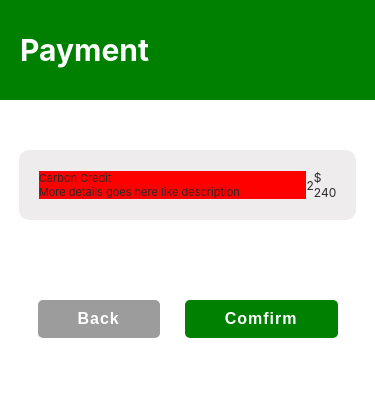
Repository: Yowani24/CarbonApp
Page: /payment
An editor plug-in stored every save of this project. The page is shown before and after a run of saves, followed by the edit.
The browser window is 375 px wide. The pictures show the whole page.
The project was rebuilt for these pictures with package versions that can differ from the ones it lists, and the page was loaded fresh each time. The framework's server and built-in components were replaced by stand-ins that run in the browser. Also part of the build but not shown: next.config.js, pages/cart/Cart.module.css, pages/cart/index.js.

Above is the page before, as saved 2021-09-27 00:17:53.

### pages/_app.js
import '../styles/globals.css'
import Cart from './cart';

function MyApp({ Component, pageProps }) {
  return (
    <>
      <Component {...pageProps} />
    </>
  );
}

export default MyApp

### pages/payment/index.js
import React from 'react';
import Head from 'next/head'
import styles from './Payment.module.css'


export default function Payment(props) {
    return (
       <>
        <Head>
            <title>Payment</title>
        </Head>

        <header className={styles.header}>
            <div className={styles.interface}>
                <div className={styles.header_content}>
                    <h1>Payment</h1>
                </div>
            </div>
        </header>

        <div className={styles.content}>
            <div className={styles.interface}>
                <div className={styles.list_content}>
                    <span>
                        <p>Carbon Credit <br/> More details goes here like description</p>
                        <p>2</p>
                        <p>$ 240</p>
                    </span>
                </div>
            </div>
        </div>

        <div className={styles.button_box}>
            <div className={styles.interface}>
                <span>
                    <button>Back</button>
                    <button>Comfirm</button>
                </span>
            </div>
        </div>
       </>
    );
}

### styles/globals.css
html,
body {
  padding: 0;
  margin: 0;
  font-family: -apple-system, BlinkMacSystemFont, Segoe UI, Roboto, Oxygen,
    Ubuntu, Cantarell, Fira Sans, Droid Sans, Helvetica Neue, sans-serif;
}

a {
  color: inherit;
  text-decoration: none;
}

* {
  margin: 0;
  box-sizing: border-box;
}

### pages/payment/Payment.module.css
.interface{
    width: 80%;
    margin: 0 auto;
}

@media (max-width: 780px){
    .interface{
        width: 100%;
    }
}

/* ===========================HEADER=================== */
.header_content{
    background: green;
    height: 100px;
    display: flex;
    align-items: center;
    padding: 0 20px;
    color: #FFFFFF;
}

@media (max-width: 780px){
    .header_content{
        padding: 0 40px;
    }
}

@media (max-width: 460px){
    .header_content{
        padding: 0 20px;
        font-size: 15px;
    }
}

/* ========================LIST====================== */

.list_content{
    width: 80%;
    margin: 0 auto;
    margin-top: 50px;
    border-radius: 10px;
    padding: 20px 40px;
    background: rgb(238, 236, 236);
}
.list_content span{
    display: flex;
    justify-content: space-between;
    align-items: center;
    color: rgb(43, 41, 41);
}

@media (max-width: 460px){
    .list_content{
        width: 90%;
        padding: 20px 20px;
    }
    .list_content span{
        font-size: 12px;
    }
    .list_content span p:first-child{
        width: 400px;
        background: red;
        font-size: 11px;
    }
}

/* ================================BUTTON=================== */
.button_box{
    margin-top: 80px;
}
.button_box span{
    display: flex;
    justify-content: space-between;
    width: 80%;
    margin: 0 auto;
}
.button_box button:first-child{
    background: rgb(156, 156, 156);
}
.button_box button:first-child:hover{
    background: rgb(122, 120, 120);
}
.button_box button:first-child:active{
    background: rgb(187, 184, 184);
}

.button_box button{
    border: none;
    background: green;
    padding: 10px 40px;
    font-size: 16px;
    color: #FFFFFF;
    letter-spacing: 1px;
    border-radius: 5px;
    cursor: pointer;
    transition: .1s;
    font-weight: bold;
}

.button_box button:nth-child(2):hover{
    background: rgb(1, 92, 1);
}
.button_box button:nth-child(2):active{
    background: rgb(13, 131, 13);
}

Loaded but not shown: pages/api/hello.js (common file)

After the next 3 saves:
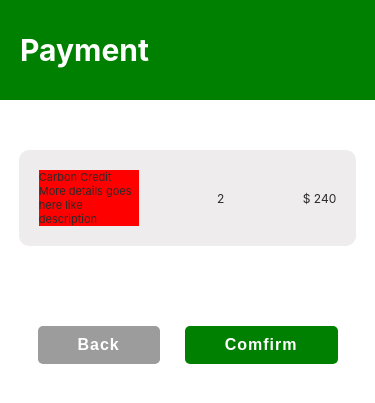
The 3 saves are shown as one change because they came seconds apart.
The last was saved 10 s later.
--- a/pages/payment/Payment.module.css
+++ b/pages/payment/Payment.module.css
@@ -58,7 +58,7 @@
         font-size: 12px;
     }
     .list_content span p:first-child{
-        width: 400px;
+        width: 100px;
         background: red;
         font-size: 11px;
     }
